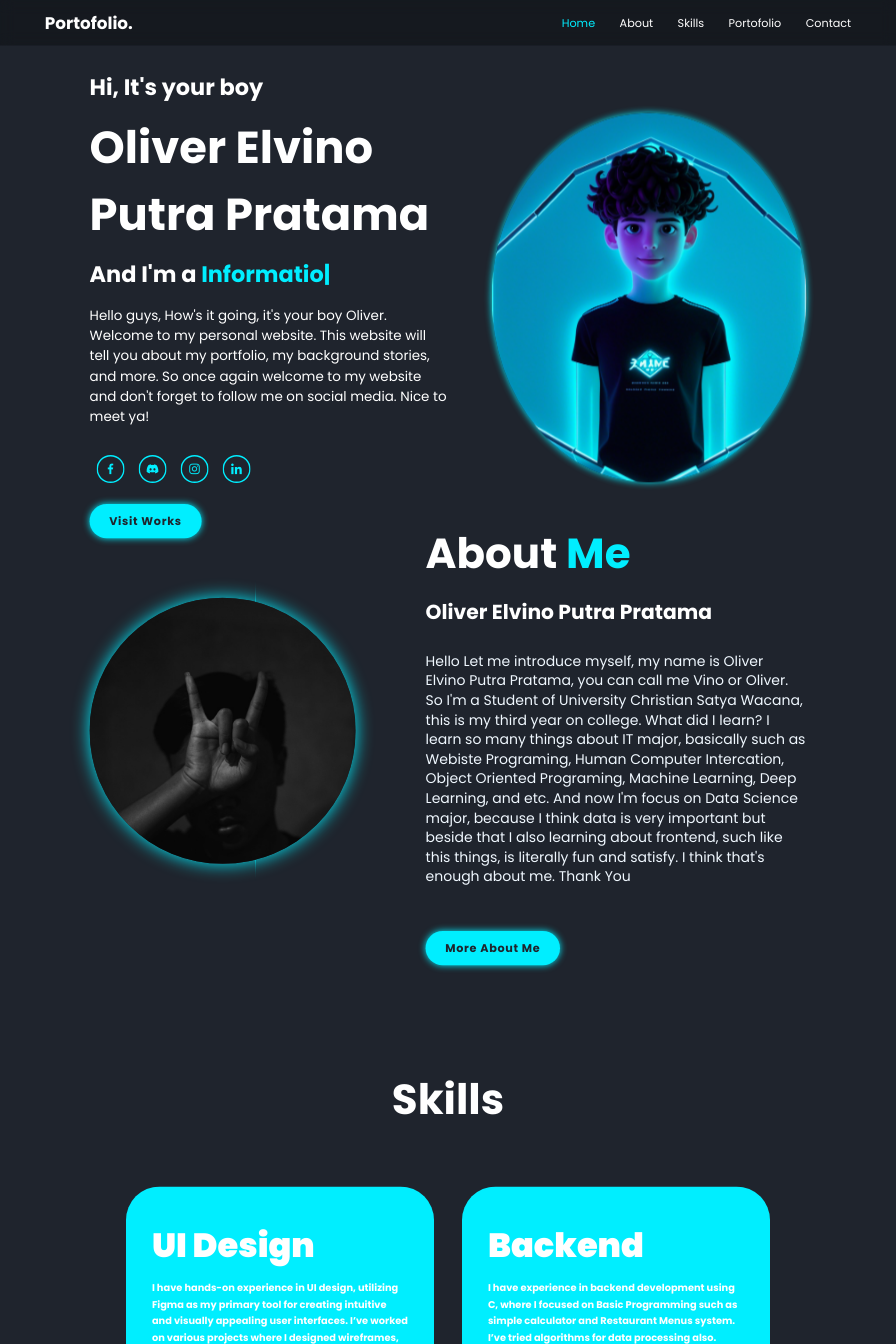
Repository: Olovrelvino/personalWebsite-HtmlCssJs-project
Page: main.html
These files come from the project's save history. The page is drawn as it stood at one moment and after the next save; the edit follows.
The browser window is 1280 px wide. The pictures show the part of the page from y = 0 to 1920 px (the page is 3629 px tall), at 70% of full size.
Some web libraries are served in a nearby version.

Above is the page before, as saved 2024-09-23 22:53:39.

After the next save:
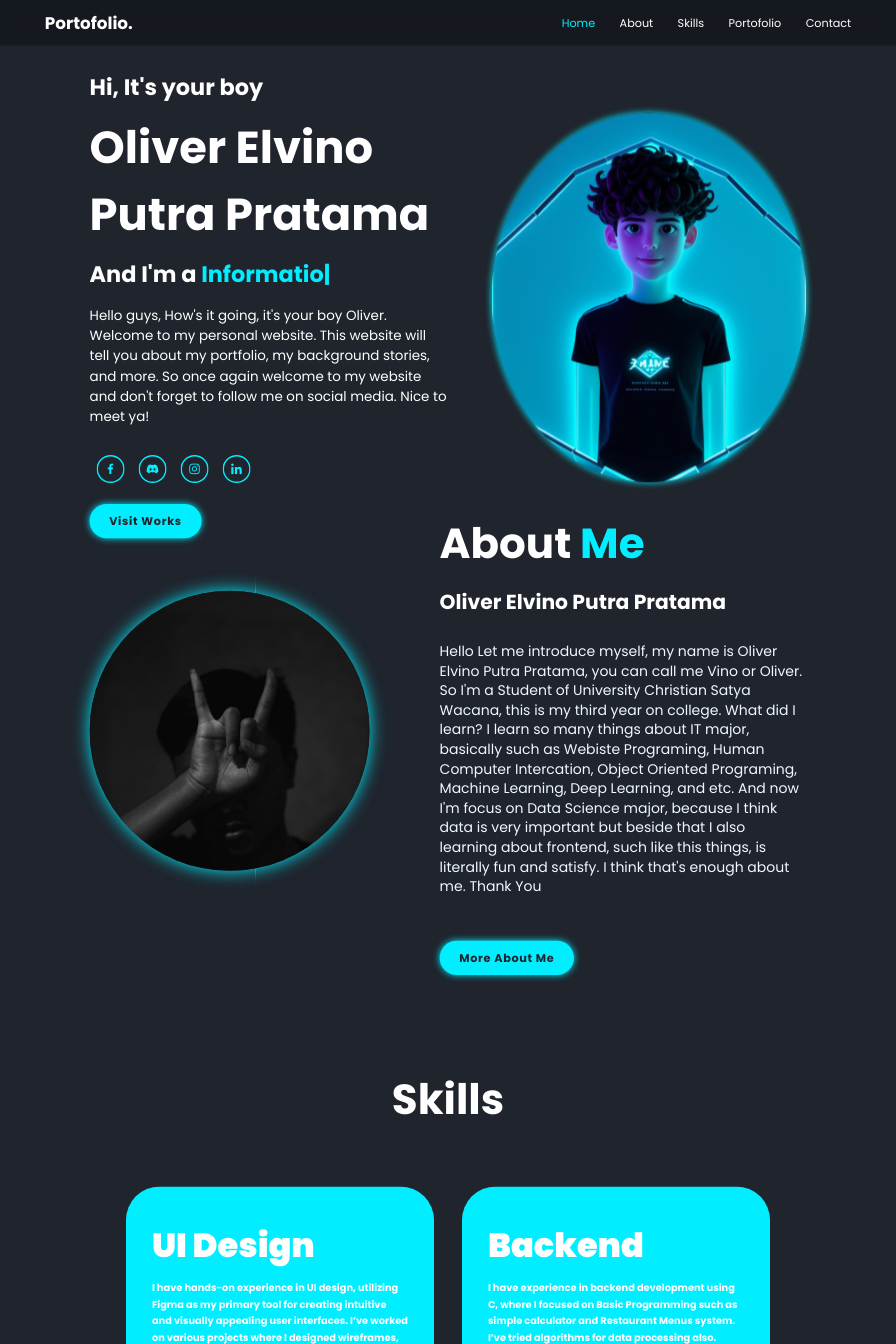
Saved 11 s later.
--- a/style.css
+++ b/style.css
@@ -283,7 +283,7 @@ body {
 
 .about-img img {
     margin-bottom: 30px;
-    max-width: 380px;
+    max-width: 400px;
     border-radius: 50%;
     box-shadow: 0 0 25px #0ef;
     cursor: pointer;
